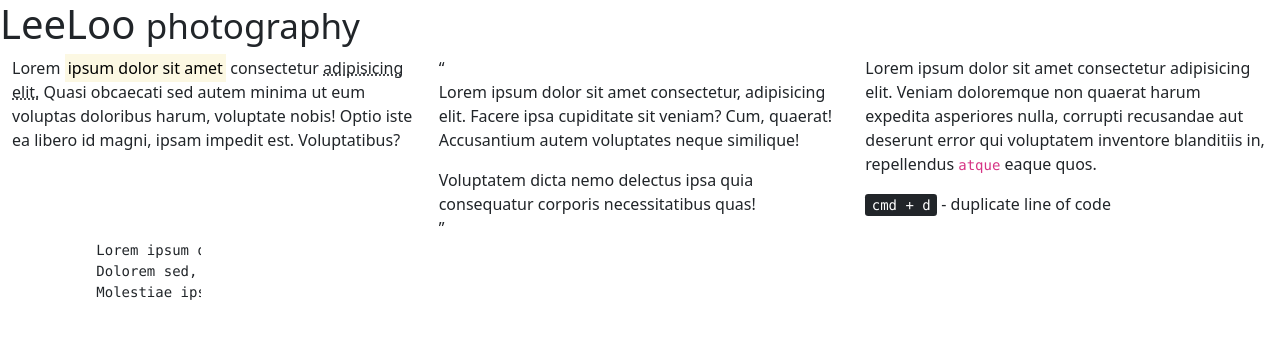
Repository: Zyzik-33/bootstrap-test
Page: index.html
The author's editor kept a copy of each file at every save. The page is drawn from the files as they stood at one save, then again after the next save.
The browser window is 1280 px wide. The pictures show the whole page.

Above is the page before, as saved 2021-01-27 14:53:08.

### index.html
<!DOCTYPE html>
<html lang="en">
<head>
  <title>LeeLoo</title>
  <meta charset="UTF-8">
  <meta name="viewport" content="width=device-width, initial-scale=1.0">
  <link href="https://cdn.jsdelivr.net/npm/bootstrap@5.0.0-beta1/dist/css/bootstrap.min.css" rel="stylesheet" integrity="sha384-giJF6kkoqNQ00vy+HMDP7azOuL0xtbfIcaT9wjKHr8RbDVddVHyTfAAsrekwKmP1" crossorigin="anonymous">
  <script src="https://ajax.googleapis.com/ajax/libs/jquery/3.5.1/jquery.min.js"></script>
  <script src="https://cdn.jsdelivr.net/npm/bootstrap@5.0.0-beta1/dist/js/bootstrap.bundle.min.js" integrity="sha384-ygbV9kiqUc6oa4msXn9868pTtWMgiQaeYH7/t7LECLbyPA2x65Kgf80OJFdroafW" crossorigin="anonymous"></script>
</head>
<body>
  <h1>LeeLoo <small>photography</small> </h1>
  <div class="container-fluid">

    <div class="row">
      <div class="col-lg-4">Lorem <mark>ipsum dolor sit amet</mark> consectetur <abbr title="Explanation">adipisicing elit.</abbr> Quasi obcaecati sed autem minima ut eum voluptas doloribus harum, voluptate nobis! Optio iste ea libero id magni, ipsam impedit est. Voluptatibus?</div>
      <div class="col-lg-4">
        <q cite="http://developer.mozilla.org">
          <p>
            Lorem ipsum dolor sit amet consectetur, adipisicing elit. Facere ipsa cupiditate sit veniam? Cum, quaerat!
             Accusantium autem voluptates neque similique!
          </p>
          <footer>
            Voluptatem dicta nemo delectus ipsa quia consequatur corporis necessitatibus quas!
          </footer>
        </q>
      </div>
      <div class="col-lg-4">
        <blockquote class="blockquote-reverse">
          <p>
            Lorem ipsum dolor sit amet consectetur adipisicing elit.
            Veniam doloremque non quaerat harum expedita asperiores nulla,
            corrupti recusandae aut deserunt error qui voluptatem inventore
            blanditiis in, repellendus <code>atque</code> eaque quos.
          </p>
          <footer><kbd>cmd + d</kbd> - duplicate line of code</footer>
        </blockquote>
      </div>
    </div>
    <div class="row">
      <div class="col-lg-2">
        <pre>
          Lorem ipsum dolor sit, amet consectetur adipisicing elit.
          Dolorem sed, soluta excepturi aliquid perferendis aliquam mollitia aut consectetur porro.
          Molestiae ipsum error, id eligendi nihil quas doloribus non reiciendis tenetur!
        </pre>
      </div>
      <div class="col-lg-4"></div>
      <div class="col-lg-6"></div>
    </div>
  </div>
</body>
</html>

After the next save:
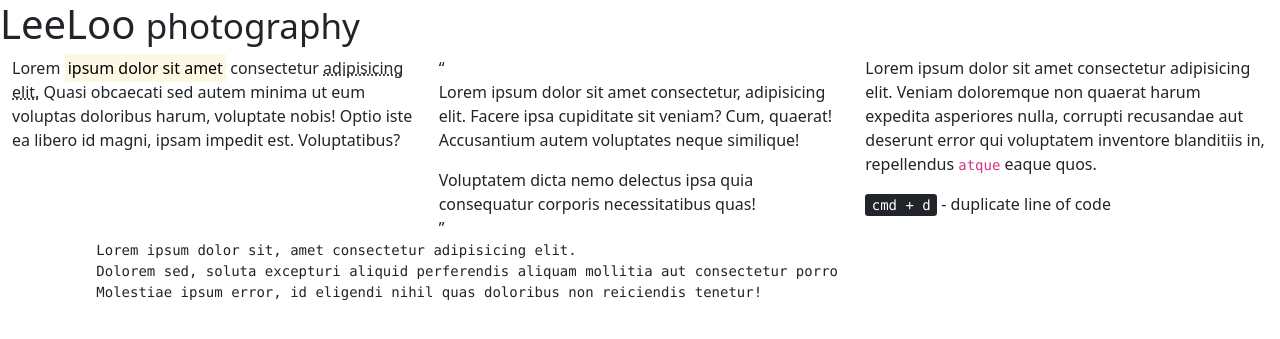
Saved 34 s later.
--- a/index.html
+++ b/index.html
@@ -38,7 +38,7 @@
       </div>
     </div>
     <div class="row">
-      <div class="col-lg-2">
+      <div class="col-lg-8">
         <pre>
           Lorem ipsum dolor sit, amet consectetur adipisicing elit.
           Dolorem sed, soluta excepturi aliquid perferendis aliquam mollitia aut consectetur porro.
@@ -46,7 +46,6 @@
         </pre>
       </div>
       <div class="col-lg-4"></div>
-      <div class="col-lg-6"></div>
     </div>
   </div>
 </body>
